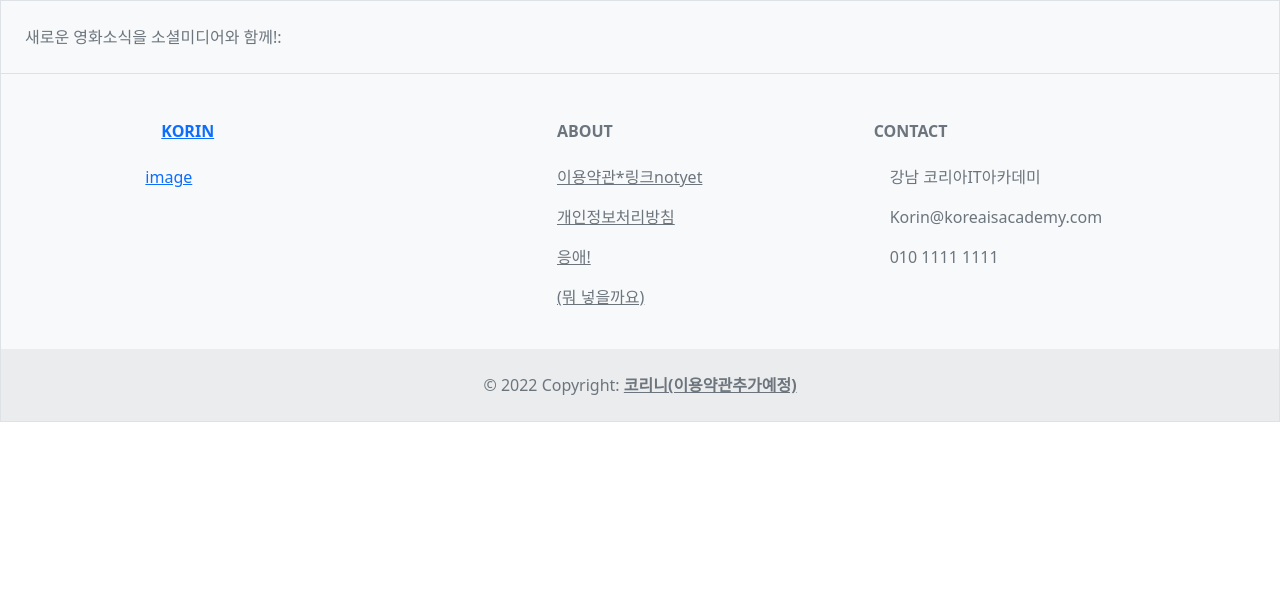
Repository: Nappy97/theather
Page: http://localhost/Cinema/WEB-INF/views/common/footer.jsp
These files come from the project's save history. The page is drawn as it stood at one moment and after the next save; the edit follows.
The browser window is 1280 px wide. The pictures show the whole page.
The page is served by Tomcat 9. Nobody is signed in. Other server files are loaded and not shown. The template is opened directly, without the code that normally fills it, so the values that code supplies are empty.

Above is the page before, as saved 2022-09-16 10:30:20.

### project/Cinema/src/main/webapp/WEB-INF/views/common/footer.jsp
<%@ page language="java" contentType="text/html; charset=UTF-8"
         pageEncoding="UTF-8" %>

<%@ taglib prefix="c" uri="http://java.sun.com/jsp/jstl/core" %>
<%@ taglib prefix="fn" uri="http://java.sun.com/jsp/jstl/functions" %>

<!DOCTYPE html>
<html>

<head>
    <title>footer</title>
    <meta charset="utf-8">
    <meta name="viewport" content="width=device-width, initial-scale=1">
    <link href="https://cdn.jsdelivr.net/npm/bootstrap@5.1.3/dist/css/bootstrap.min.css" rel="stylesheet">
    <script src="https://cdn.jsdelivr.net/npm/bootstrap@5.1.3/dist/js/bootstrap.bundle.min.js"></script>
</head>

<body>
<!-- Footer -->
<footer class="text-center text-lg-start bg-light text-muted border" style="z-index:999;">
    <!-- Section: Social media -->
    <section class="d-flex justify-content-center justify-content-lg-between p-4 border-bottom">
        <!-- Left -->
        <div class="me-5 d-none d-lg-block">
            <span>새로운 영화소식을 소셜미디어와 함께!:</span>
        </div>
        <!-- Left -->

        <!-- Right -->
        <div>
            <a href="https://ko-kr.facebook.com/" class="me-4 text-reset">
                <i class="fab fa-facebook-f"></i>
            </a>
            <a href="https://twitter.com/home" class="me-4 text-reset">
                <i class="fab fa-twitter"></i>
            </a>
            <a href="https://www.google.com/" class="me-4 text-reset">
                <i class="fab fa-google"></i>
            </a>
            <a href="https://www.instagram.com/" class="me-4 text-reset">
                <i class="fab fa-instagram"></i>
            </a>
            <a href="https://github.com/" class="me-4 text-reset">
                <i class="fab fa-github"></i>
            </a>
        </div>
        <!-- Right -->
    </section>
    <!-- Section: Social media -->

    <!-- Section: Links  -->
    <section class="">
        <div class="container text-center text-md-start mt-5">
            <!-- Grid row -->
            <div class="row mt-3">
                <!-- Grid column -->

                <div class="col-md-3 col-lg-4 col-xl-3 mx-auto mb-4">
                    <a href="" style="">
                        <!-- Content -->
                        <h6 class="text-uppercase fw-bold mb-4">
                            <i class="fas fa-gem me-3"></i>Korin
                        </h6>
                        <p>
                            image
                        </p>
                    </a>
                </div>

                <!-- Grid column -->


                <!-- Grid column -->
                <div class="col-md-3 col-lg-2 col-xl-2 mx-auto mb-4">
                    <!-- Links -->
                    <h6 class="text-uppercase fw-bold mb-4">
                        about
                    </h6>
                    <p>
                        <a href="#!" class="text-reset">이용약관*링크notyet</a>
                    </p>
                    <p>
                        <a href="#!" class="text-reset">개인정보처리방침</a>
                    </p>
                    <p>
                        <a href="#!" class="text-reset">응애!</a>
                    </p>
                    <p>
                        <a href="#!" class="text-reset">(뭐 넣을까요)</a>
                    </p>
                </div>
                <!-- Grid column -->

                <!-- Grid column -->
                <div class="col-md-4 col-lg-3 col-xl-3 mx-auto mb-md-0 mb-4">
                    <!-- Links -->
                    <h6 class="text-uppercase fw-bold mb-4">Contact</h6>
                    <p><i class="fas fa-home me-3"></i> 강남 코리아IT아카데미</p>
                    <p>
                        <i class="fas fa-envelope me-3"></i>
                        Korin@koreaisacademy.com
                    </p>
                    <p><i class="fas fa-phone me-3"></i> 010 1111 1111</p>
                </div>
                <!-- Grid column -->
            </div>
            <!-- Grid row -->
        </div>
    </section>
    <!-- Section: Links  -->

    <!-- Copyright -->
    <div class="text-center p-4" style="background-color: rgba(0, 0, 0, 0.05);">
        © 2022 Copyright:
        <a class="text-reset fw-bold" href="https://mdbootstrap.com/">코리니(이용약관추가예정)</a>
    </div>
    <!-- Copyright -->
</footer>
<!-- Footer -->
</body>

</html>

After the next save:
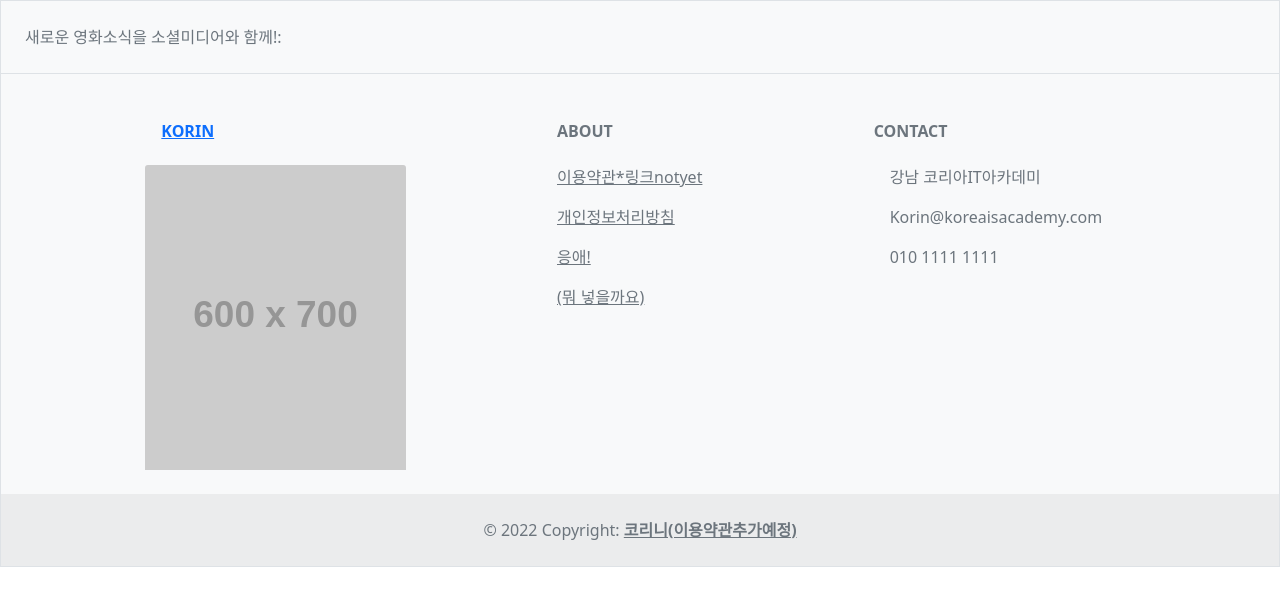
Saved 6 min 2 s later.
--- a/project/Cinema/src/main/webapp/WEB-INF/views/common/footer.jsp
+++ b/project/Cinema/src/main/webapp/WEB-INF/views/common/footer.jsp
@@ -61,9 +61,8 @@
                         <h6 class="text-uppercase fw-bold mb-4">
                             <i class="fas fa-gem me-3"></i>Korin
                         </h6>
-                        <p>
-                            image
-                        </p>
+                        <img class="card-img-top mb-5 mb-md-0"
+                                     src="https://dummyimage.com/600x700/dee2e6/6c757d.jpg"/>
                     </a>
                 </div>
 

After the save that followed:
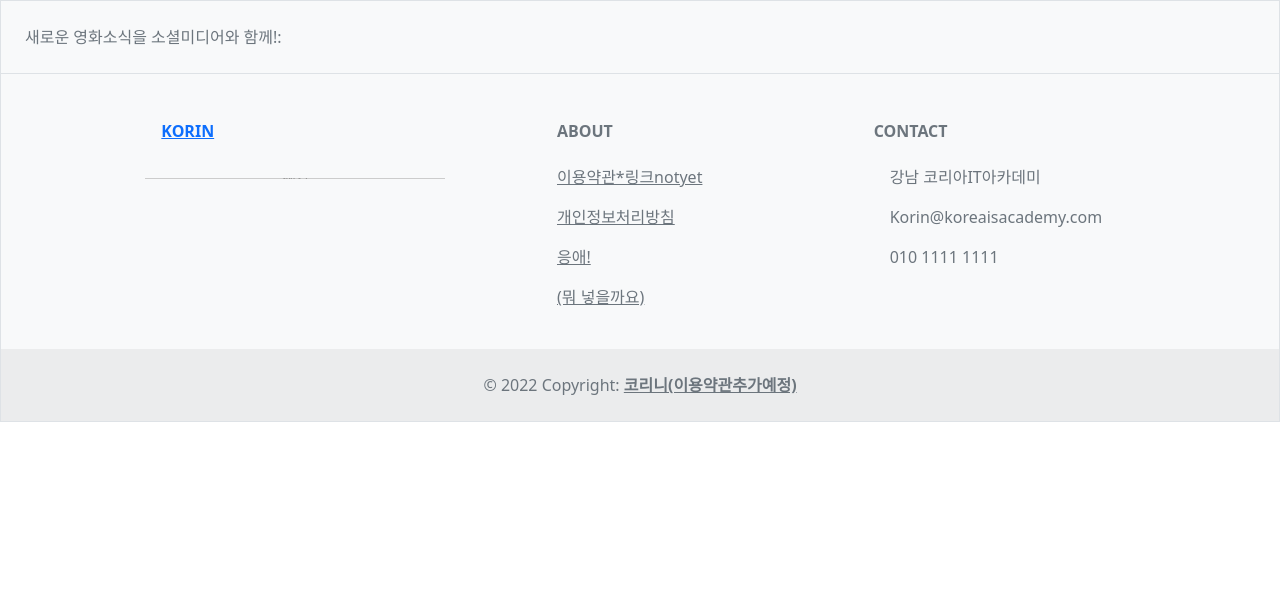
Saved 113 s later.
--- a/project/Cinema/src/main/webapp/WEB-INF/views/common/footer.jsp
+++ b/project/Cinema/src/main/webapp/WEB-INF/views/common/footer.jsp
@@ -61,8 +61,7 @@
                         <h6 class="text-uppercase fw-bold mb-4">
                             <i class="fas fa-gem me-3"></i>Korin
                         </h6>
-                        <img class="card-img-top mb-5 mb-md-0"
-                                     src="https://dummyimage.com/600x700/dee2e6/6c757d.jpg"/>
+                        <img src="https://dummyimage.com/300/000000/ffffff.jpg"/>
                     </a>
                 </div>
 
